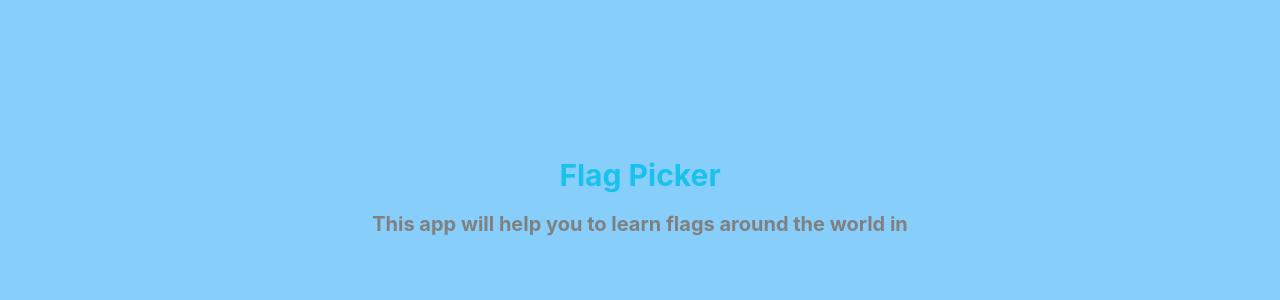
Repository: paras-shah/flag-app
Page: /
These files come from the project's save history. The page is drawn as it stood at one moment and after the next save; the edit follows.
The browser window is 1280 px wide. The pictures show the whole page.
The project was rebuilt for these pictures with package versions that can differ from the ones it lists, and the page was loaded fresh each time.

Above is the page before, as saved 2020-02-11 21:34:46.

After the next save:
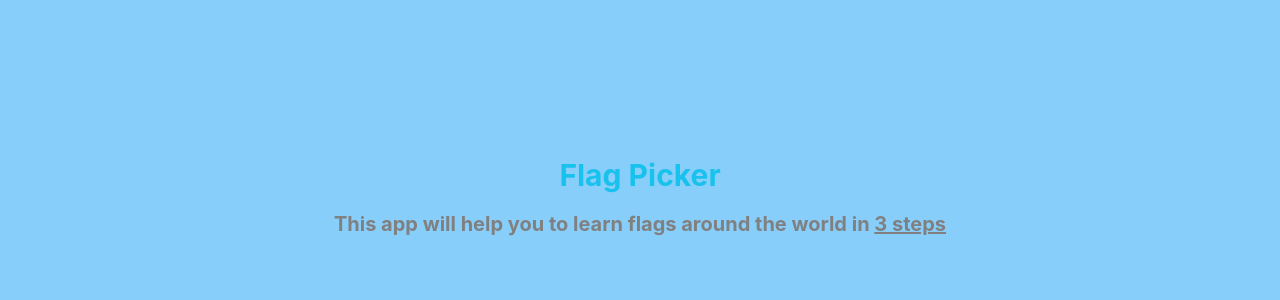
Saved 22 s later.
--- a/src/App.js
+++ b/src/App.js
@@ -28,7 +28,7 @@ class App extends React.Component {
       <main className="app-main">
         <header className="app-header">
           <h1>{COPY.HEADER_TEXT}</h1>
-          <h2>{COPY.HEADER_SUBTEXT} <span> {COPY.HEADER_SUBTEXTTWO} </span></h2>
+          <h2>{COPY.HEADER_SUBTEXT} <span> {COPY.HEADER_SUBTEXT_TWO} </span></h2>
         </header>
 
         <div className="app-content">
